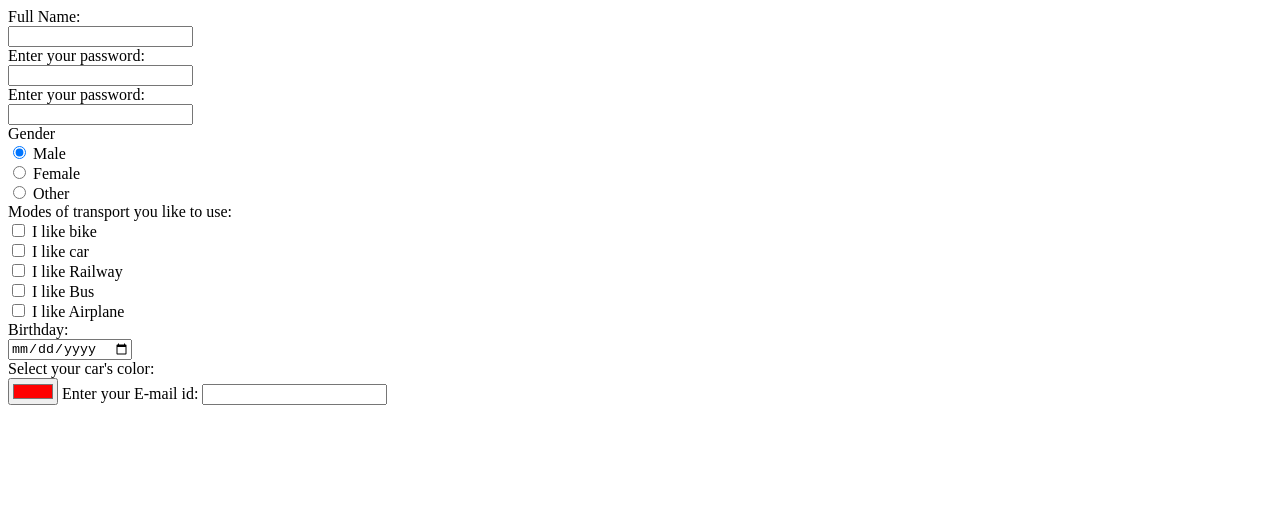
Repository: AdityaParashar93/Homework1_CMPE273
Page: CMPE273/Refresher_JS/WebContent/InputTypes.html
An editor plug-in stored every save of this project. The page is shown before and after the next save, followed by the edit.
The browser window is 1280 px wide. The pictures show the whole page.

Above is the page before, as saved 2016-09-16 05:47:30.

### CMPE273/Refresher_JS/WebContent/InputTypes.html
<!DOCTYPE html>
<html>
<head>
<meta charset="ISO-8859-1">
<title>InputTypes</title>
</head>
<body>
<form>
Full Name:<br>
<input type="text" name="fullname"><br>
Enter your password:<br>
<input type="password" name="password"><br>
Enter your password:<br>
<input type="password" name="password"><br>
Gender<br>
<input type="radio" name="gender" value="male" checked> Male<br>
<input type="radio" name="gender" value="female"> Female<br>
<input type="radio" name="gender" value="other"> Other<br>
Modes of transport you like to use:<br>
<input type="checkbox" name="vehicle1" value="Bike"> I like bike<br>
<input type="checkbox" name="vehicle2" value="Car"> I like car<br>
<input type="checkbox" name="vehicle3" value="Rail"> I like Railway<br>
<input type="checkbox" name="vehicle4" value="Bus"> I like Bus<br>
<input type="checkbox" name="vehicle4" value="Airplane"> I like Airplane<br>
Birthday:<br>
<input type="date" name="bday"><br>
Select your car's color:<br>
<input type="color" name="favcolor" value="#ff0000">
Enter your E-mail id:
<input type="email" name="email">

</form>
</body>
</html>

After the next save:
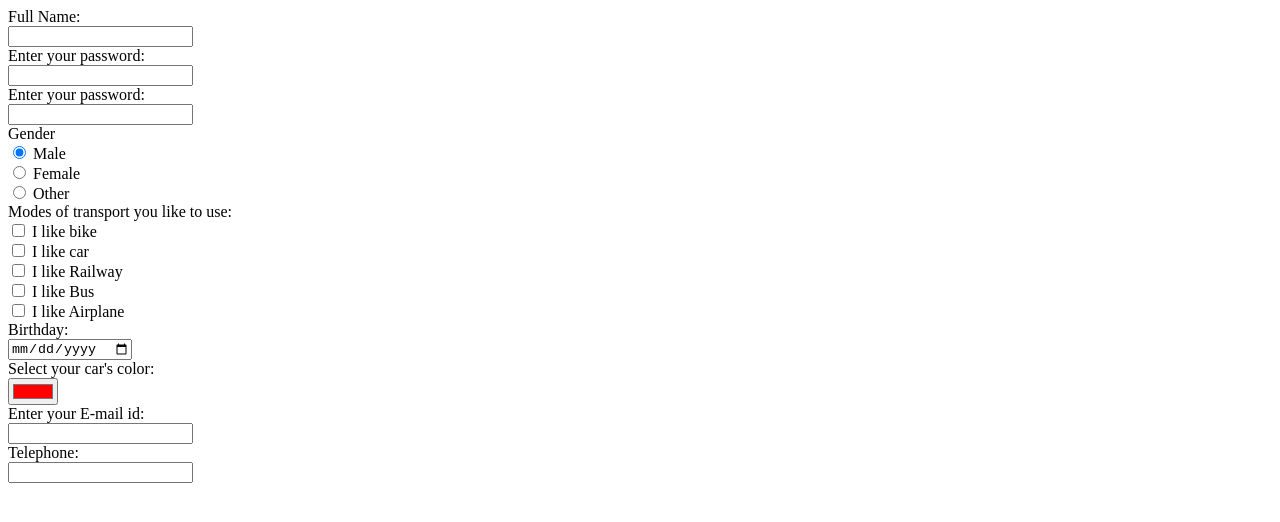
Saved 39 s later.
--- a/CMPE273/Refresher_JS/WebContent/InputTypes.html
+++ b/CMPE273/Refresher_JS/WebContent/InputTypes.html
@@ -25,10 +25,11 @@ Modes of transport you like to use:<br>
 Birthday:<br>
 <input type="date" name="bday"><br>
 Select your car's color:<br>
-<input type="color" name="favcolor" value="#ff0000">
-Enter your E-mail id:
-<input type="email" name="email">
-
+<input type="color" name="favcolor" value="#ff0000"><br>
+Enter your E-mail id:<br>
+<input type="email" name="email"><br>
+Telephone:<br>
+ <input type="tel" name="usrtel">
 </form>
 </body>
 </html>
